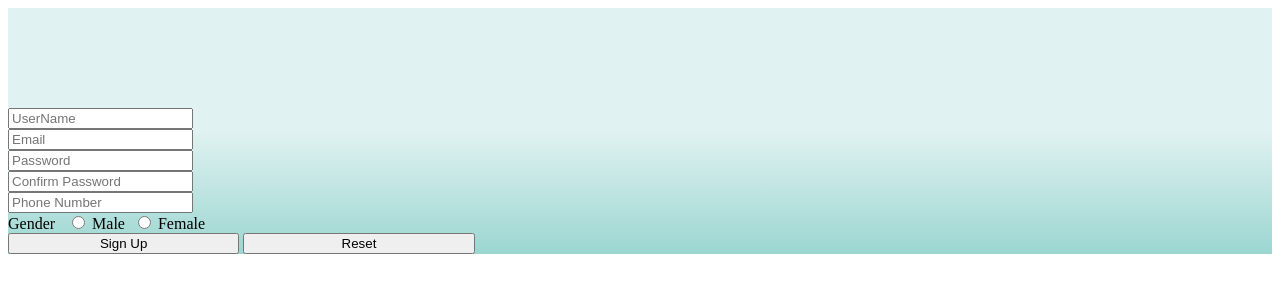
Repository: Indurupi/FriendZone
Page: FriendZoneFrontEnd/WebContent/signup.html
An editor plug-in stored every save of this project. The page is shown before and after the next save, followed by the edit.
The browser window is 1280 px wide. The pictures show the whole page.

Above is the page before, as saved 2017-03-18 15:24:57.

### FriendZoneFrontEnd/WebContent/signup.html
<!DOCTYPE html>
<html>
<head>
<meta charset="ISO-8859-1">
<title>FriendZone</title>
<style type="text/css">
.form-control:focus {
	border: 2px solid #009688;
}

#signupdiv {
	background: linear-gradient(to bottom, #e0f2f1 50%, #80cbc4 120%);
	color: #ffffff;
	padding-top: 100px;
	height: 91%;
}


</style>
</head>
<body ng-app="friendzoneApp">

	<div id="signupdiv" ng-controller="homecontrol as home">
		<form ng-submit="home.submit()" style="align:center">

			<div class="input-group" id="LoginPassword">
				<span class="input-group-addon" id="basic-addon1">
					<div class="glyphicon glyphicon-lock"></div>
				</span> <input type="text" class="form-control" placeholder="UserName"
					aria-describedby="basic-addon1" ng-model="home.user1.username" />
			</div>

			<div class="input-group" id="LoginUsername">
				<span class="input-group-addon" id="basic-addon1">
					<div class="glyphicon glyphicon-user"></div>
				</span> <input type="text" class="form-control" placeholder="Email"
					aria-describedby="basic-addon1" ng-model="home.user1.emailid" />
			</div>

			<div class="input-group">
				<span class="input-group-addon" id="basic-addon1">
					<div class="glyphicon glyphicon-lock"></div>
				</span> <input type="password" class="form-control" placeholder="Password"
					aria-describedby="basic-addon1" ng-model="home.user1.password" />
			</div>

			<div class="input-group">
				<span class="input-group-addon" id="basic-addon1">
					<div class="glyphicon glyphicon-lock"></div>
				</span> <input type="password" class="form-control"
					placeholder="Confirm Password" aria-describedby="basic-addon1" />
			</div>
			<div class="input-group">
				<span class="input-group-addon" id="basic-addon1">
					<div class="glyphicon glyphicon-phone"></div>
				</span> <input type="text" class="form-control" placeholder="Phone Number"
					aria-describedby="basic-addon1" ng-model="home.user1.phno" />
			</div>

			<!--<div class="input-group"> -->
			<!--<span class="input-group-addon" id="basic-addon1"> -->
			<!--<div class="glyphicon glyphicon-calendar"></div> -->
			<!--</span> <input type="date" class="form-control" placeholder="DateOfBirth" -->
			<!--		aria-describedby="basic-addon1" /> -->
			<!--</div> -->

			<div class="input-group" style="color: #000000">

				<label style="color: #000000">Gender &nbsp; </label> <input
					style="color: #000000" type="radio" value="male" />&nbsp;Male&nbsp;
				<input style="color: #000000" type="radio" value="female" />&nbsp;Female
			</div>

			<!-- 			<ul class="dropdown-menu" role="menu" aria-labelledby="dropdownMenu">
				<li value="male" ng-model="home.user1.gender">Male</li>
				<li value="female" ng-model="home.user1.gender">Female</li>

			</ul> -->

			<button class="btn" id="custom-button" style="width: 18.3%" type="submit">Sign Up</button>
			<button class="btn" id="custom-button" style="width: 18.3%" ng-click="home.reset()"
				type="reset">Reset</button>
		</form>

<!-- 		<div ng-repeat="user in home.users1" style="color:#000000"> -->
<!-- 		Username:{{user.username}}<br> -->
<!-- 		password:{{user.password}}<br> -->
<!-- 		phonenumber:{{user.phno}}<br> -->
<!-- 		status:{{user.status}}<br> -->
<!-- 		emailid:{{user.emailid}}<br> -->
<!-- 		</div> -->
	</div>

</body>

<!-- <script src="js/jquery-1.10.1.min.js"></script>
<script src="js/jquery.min.js"></script>
<script src="js/bootstrap.min.js"></script>
<script src="js/jquery-1.7.2.min.js"></script>
<script src="js/angular.min.js"></script>
<script src="js/angular-route.js"></script>
<script src="js/app.js"></script>
<script src="js/controller/blogcontroller.js"></script>
<script src="js/service/blogservice.js"></script>
<script src="js/controller/homecontroller.js"></script>
<script src="js/service/homeservice.js"></script>
 -->
</html>

After the next save:
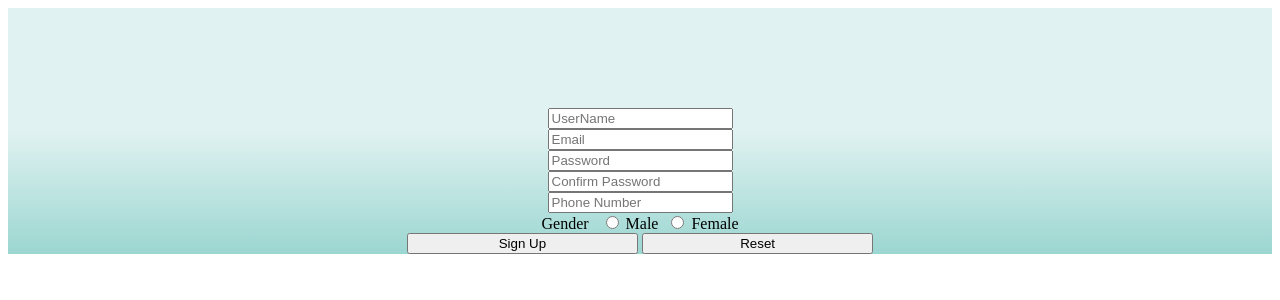
Saved 46 s later.
--- a/FriendZoneFrontEnd/WebContent/signup.html
+++ b/FriendZoneFrontEnd/WebContent/signup.html
@@ -21,7 +21,7 @@
 <body ng-app="friendzoneApp">
 
 	<div id="signupdiv" ng-controller="homecontrol as home">
-		<form ng-submit="home.submit()" style="align:center">
+		<form ng-submit="home.submit()" align="center">
 
 			<div class="input-group" id="LoginPassword">
 				<span class="input-group-addon" id="basic-addon1">

After the save that followed:
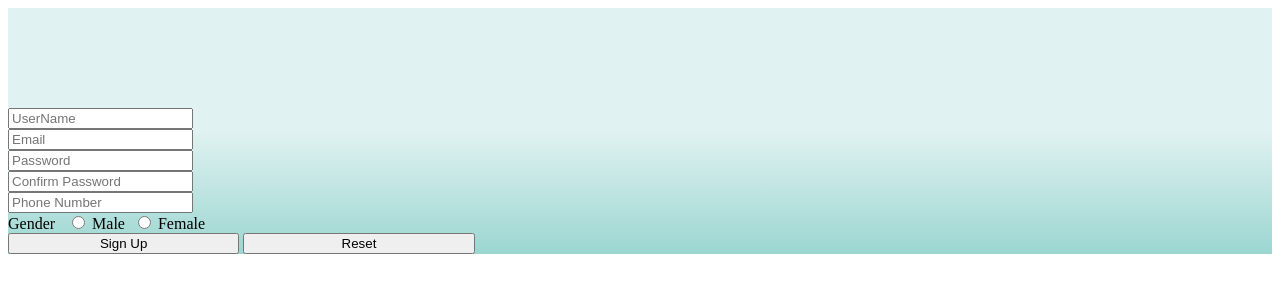
Saved 16 s later.
--- a/FriendZoneFrontEnd/WebContent/signup.html
+++ b/FriendZoneFrontEnd/WebContent/signup.html
@@ -21,7 +21,7 @@
 <body ng-app="friendzoneApp">
 
 	<div id="signupdiv" ng-controller="homecontrol as home">
-		<form ng-submit="home.submit()" align="center">
+		<form ng-submit="home.submit()">
 
 			<div class="input-group" id="LoginPassword">
 				<span class="input-group-addon" id="basic-addon1">
